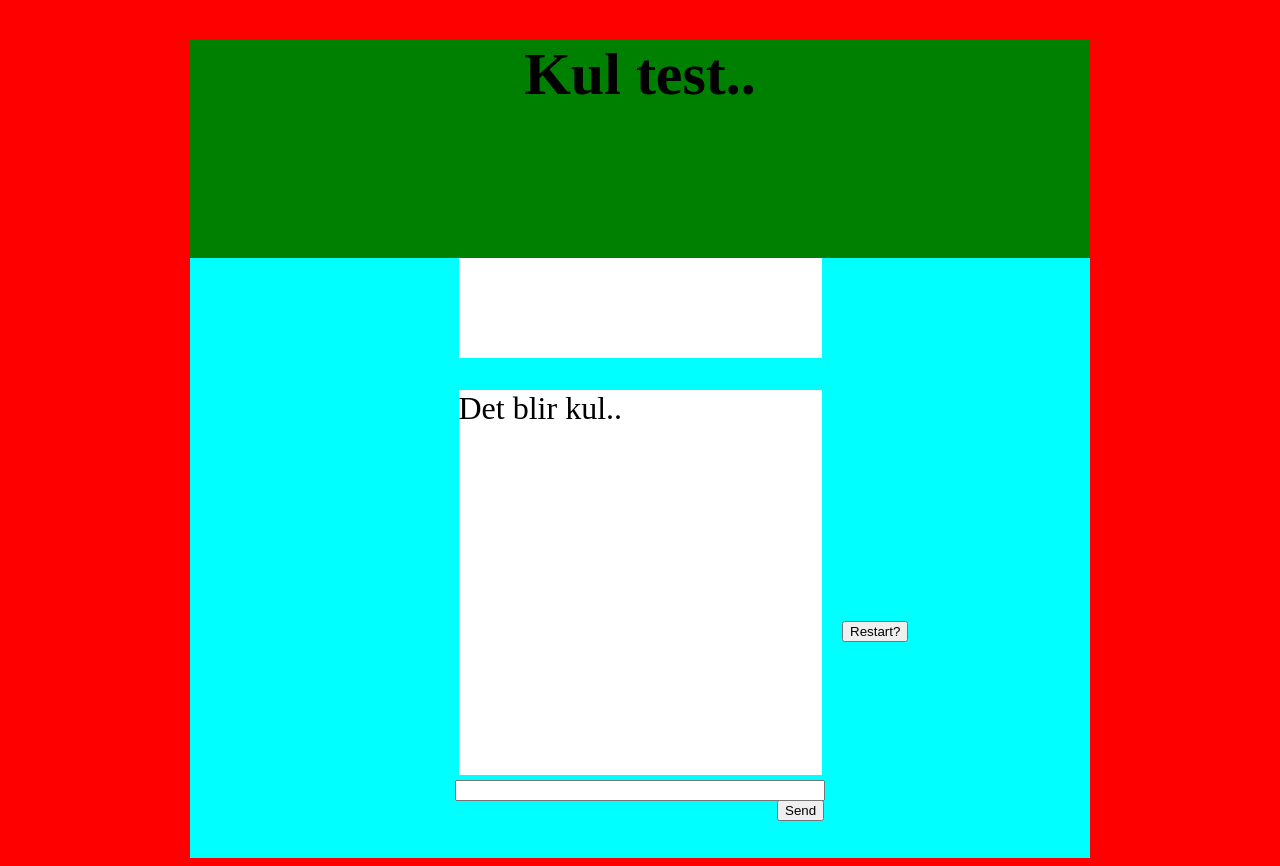
Repository: al223jw/1dv403-laborationer
Page: 4-thequiz/index.html
The author's editor kept a record of every edit. The page is drawn from the files as they stood at one moment, then again after the next edit.
The browser window is 1280 px wide. The pictures show the whole page.
The page's requests for data from a server got no answer.

Above is the page before.

After the next edit:
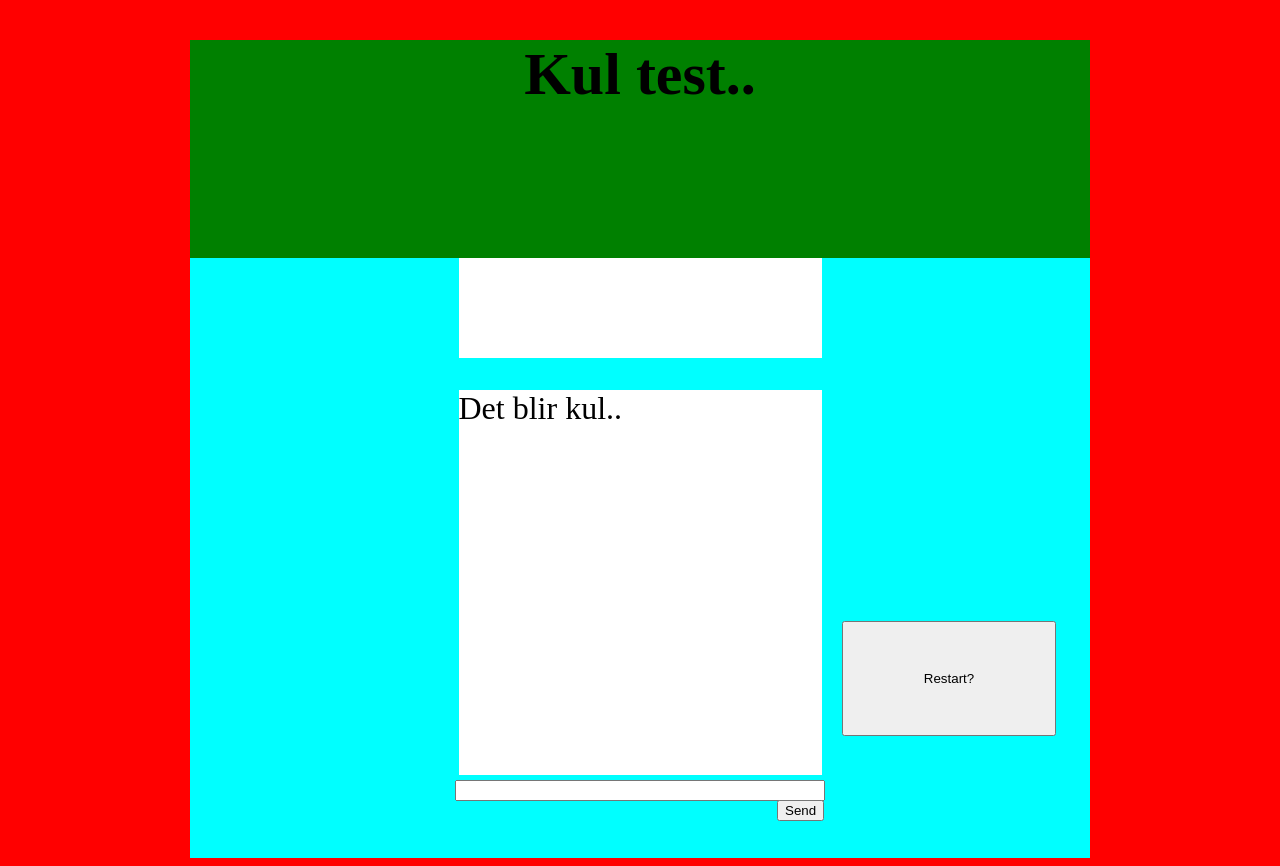
The edit:
--- a/4-thequiz/css/css.css
+++ b/4-thequiz/css/css.css
@@ -42,11 +42,11 @@
     margin-left:652px;
     margin-top:-200px;
 }
-#input .retart
-{
-    width:239px;
-    height:200px;
+input.restart {
+width: 214px;
+height: 115px;
 }
+
 #section1
 {
     width:363px;
